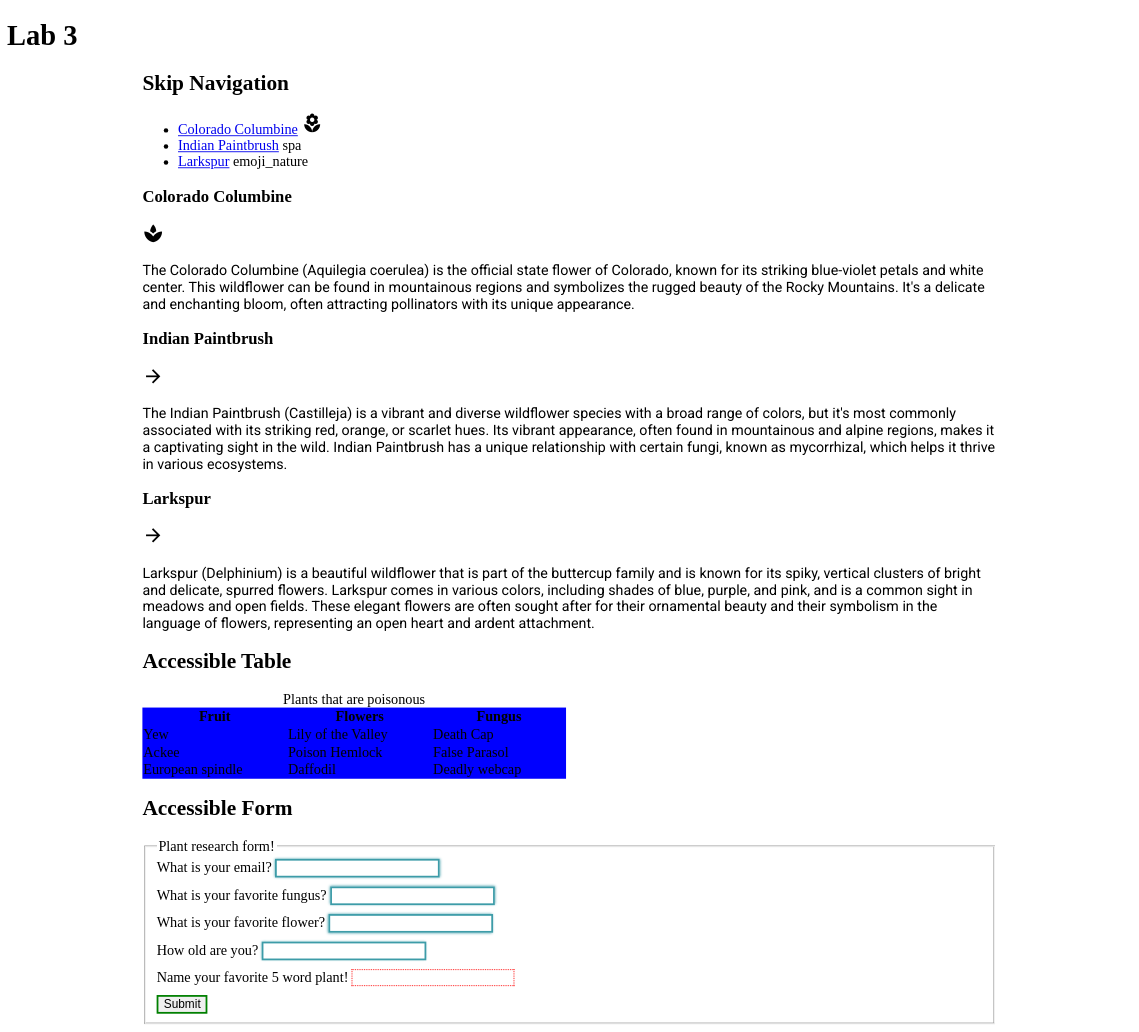
Repository: ethan-schrauf/UniversalDesignWebsite
Page: test.html
These files come from the project's save history. The page is drawn as it stood at one moment and after the next save; the edit follows.
The browser window is 1280 px wide. The pictures show the whole page, at 89% of full size.

Above is the page before, as saved 2023-10-20 18:41:31.

### test.html

<!DOCTYPE html>
<html lang="en">
<head>
  <meta charset="UTF-8">
  <meta name="viewport" content="width=device-width, initial-scale=1.0">
  <meta http-equiv="X-UA-Compatible" content="ie=edge">
  <title>Lab 3</title>
  <link href="test.css" rel="stylesheet">
</head>
<body>
  <a class="skip-link" href="#maincontent">Skip to main content</a>
<header>
  <h1>Lab 3</h1>
  <main>
    <div class = "container">

    <h2>Skip Navigation</h2>
        <nav>
            <ul>
                <li><a href="#colorado-columbine">Colorado Columbine</a> <span aria-hidden="true"
                        class="material-icons">local_florist</span></li>
                <li><a href="#indian-paintbrush">Indian Paintbrush</a> <span aria-hidden="true"
                        class="material-symbols-outlined">spa</span></li>
                <li><a href="#larkspur">Larkspur</a> <span aria-hidden="true"
                        class="material-symbols-outlined">emoji_nature</span></li>
            </ul>
        </nav>
  <section id="colorado-columbine">
    <h3>Colorado Columbine</h3>
    <span aria-hidden="true" class="material-icons">spa</span>
    <p>The Colorado Columbine (Aquilegia coerulea) is the official state flower of Colorado, known for its
        striking blue-violet petals and white center. This wildflower can be found in mountainous regions and
        symbolizes the rugged beauty of the Rocky Mountains. It's a delicate and enchanting bloom, often
        attracting pollinators with its unique appearance.</p>
</section>

<section id="indian-paintbrush">
  <h3>Indian Paintbrush</h3>
  <span aria-hidden="true" class="material-icons">arrow_forward</span>
  <p>The Indian Paintbrush (Castilleja) is a vibrant and diverse wildflower species with a broad range of
      colors, but it's most commonly associated with its striking red, orange, or scarlet hues. Its vibrant
      appearance, often found in mountainous and alpine regions, makes it a captivating sight in the wild.
      Indian Paintbrush has a unique relationship with certain fungi, known as mycorrhizal, which helps it
      thrive in various ecosystems.</p>
</section>
<section id="larkspur">
  <h3>Larkspur</h3>
  <span aria-hidden="true" class="material-icons">arrow_forward</span>
  <p>Larkspur (Delphinium) is a beautiful wildflower that is part of the buttercup family and is known for
      its spiky, vertical clusters of bright and delicate, spurred flowers. Larkspur comes in various
      colors, including shades of blue, purple, and pink, and is a common sight in meadows and open
      fields. These elegant flowers are often sought after for their ornamental beauty and their symbolism
      in the language of flowers, representing an open heart and ardent attachment.</p>
</section>



<!-- TABLE -->
<section>
  <section id="table"></section>
  <h2>Accessible Table</h2>
  <table>
      <caption>Plants that are poisonous</caption>
      <thead>
          <tr>
              <th scope="col">Fruit</th>
              <th scope="col">Flowers</th>
              <th scope="col">Fungus</th>
          </tr>
      </thead>
      <tbody>
          <tr>
              <td>Yew</td>
              <td>Lily of the Valley</td>
              <td>Death Cap</td>
          </tr>
          <tr>
              <td>Ackee</td>
              <td>Poison Hemlock</td>
              <td>False Parasol</td>
          </tr>
          <tr>
              <td>European spindle</td>
              <td>Daffodil</td>
              <td>Deadly webcap</td>
          </tr>
      </tbody>
  </table>
</section>


<section>
  <h2>Accessible Form</h2>
    <form id="myform" method="post">
    <fieldset>
      <legend>Plant research form!</legend>

      <label for="email">
      What is your email?
      <input type="email" id="email">
      </label>

      <label for="website">
      What is your favorite fungus?
      <input type="url" id="website">
      </label>

      <label for="phone">
      What is your favorite flower?
      <input type="tel" id="phone" minlength="7">
      </label>

      <label for="age">
      How old are you?
      <input type="number" id="age" min="0">
      </label>

      <label for="password">
      Name your favorite 5 word plant!
      <input type="text" id="password" maxlength="5" minlength="5" required>
      </label>


    <input type="submit">
    </fieldset>
    </form>
  </section>
</div>
</div>
</main>
</body>
</html>

### test.css
@import url('https://fonts.googleapis.com/icon?family=Material+Icons');
@import url('https://fonts.googleapis.com/css2?family=Roboto&display=swap');


.skip-link {
  background: black;
  color: #fff;
  font-weight: 700;
  padding: 4px;
  position: absolute;
  transform: translateY(-200%);
}

.skip-link:focus {
  transform: translateY(-100%);
}

.skip-link {
  /* Same as  before */
  transition: transform 0.3s;
}

p {
    font-family: 'Roboto', sans-serif;
}

/* not working */
table {
  background-color: blue;
}

table, th, td {
  border-collapse: collapse;
}
td {
  border-collapse: collapse;
  padding-right: 50px;
}

/* not working */

input:focus {
  background: black;
  color: white;

}
input:valid {
  border: 2px solid green;
}

input:invalid {
  border: 1px dotted red;
}

label
 {
  display: block;
  margin-bottom: 10px;
}

input:not([type="submit"]):valid {
    border-color: #3d9ca8;
    box-shadow: 0 0 3px #3d9ca8;
}

input:not([type="submit"]) + .inputRequirements {
  overflow: hidden;
  max-height: 0;
  transition: max-height 1s ease-out;
}

input:not([type="submit"]):hover + .inputRequirements,
input:not([type="submit"]):focus + .inputRequirements,
input:not([type="submit"]):active + .inputRequirements {
  max-height: 1000px;
  transition: max-height 1s ease-in;
}

.container {
  margin: 0 auto;
  max-width: 960px;
}

After the next save:
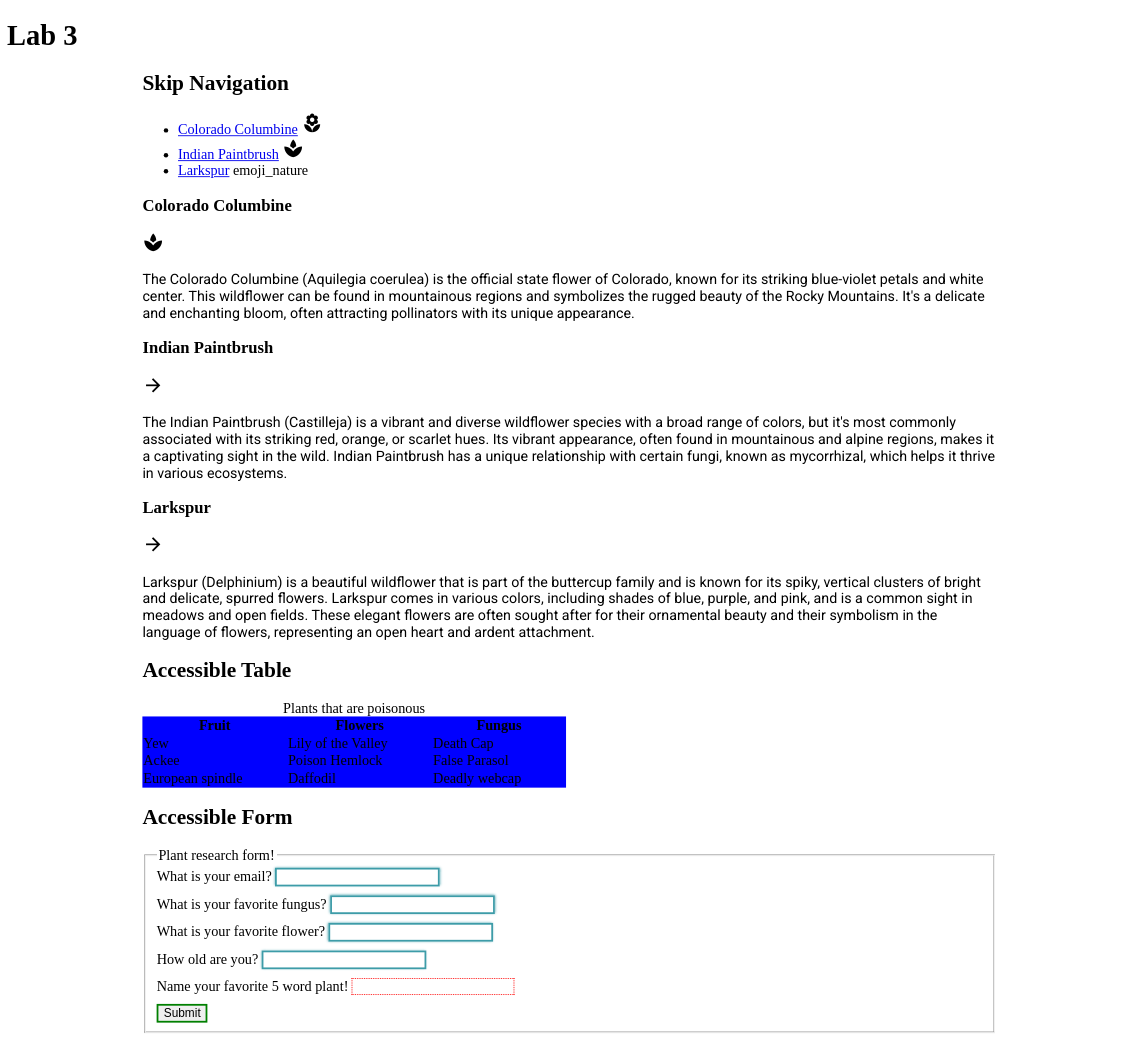
Saved 54 s later.
--- a/test.html
+++ b/test.html
@@ -21,7 +21,7 @@
                 <li><a href="#colorado-columbine">Colorado Columbine</a> <span aria-hidden="true"
                         class="material-icons">local_florist</span></li>
                 <li><a href="#indian-paintbrush">Indian Paintbrush</a> <span aria-hidden="true"
-                        class="material-symbols-outlined">spa</span></li>
+                        class="material-icons">spa</span></li>
                 <li><a href="#larkspur">Larkspur</a> <span aria-hidden="true"
                         class="material-symbols-outlined">emoji_nature</span></li>
             </ul>
